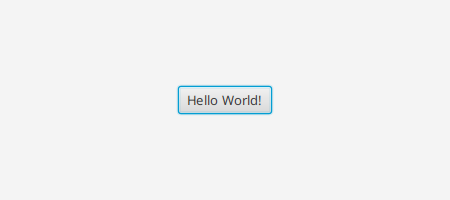
Repository: jgabrielfreitas/JavaTranslatorDesktop
Program's window: java JavaFxTranslatorApplication/src/application/HelloWorld.java
These files come from the project's save history. The program's window is drawn as it stood at one moment and after the next save; the edit follows.
It runs on Java 21 on a 1366 x 768 screen with JavaFX 11; the title bar is not drawn.

Above is the program's window before, as saved 2015-06-06 02:30:58.

### JavaFxTranslatorApplication/src/application/HelloWorld.java
package application;

import javafx.application.Application;
import javafx.geometry.Pos;
import javafx.scene.Scene;
import javafx.scene.control.Alert;
import javafx.scene.control.Button;
import javafx.scene.layout.VBox;
import javafx.scene.text.Text;
import javafx.stage.Stage;

public class HelloWorld extends Application{

	Text helloWorld;

	public void start(Stage primaryStage) throws Exception {


        Button text = new Button("Hello World!");

        text.setOnAction(e->{
            Alert dialogoInfo = new Alert(Alert.AlertType.INFORMATION);
            dialogoInfo.setTitle("Diálogo de informação");
            dialogoInfo.setHeaderText("Esse é o cabeçalho...");
            dialogoInfo.setContentText("Informação importante!");
            dialogoInfo.showAndWait();

        });

        VBox raiz = new VBox(20);
        raiz.setAlignment(Pos.CENTER);
        raiz.getChildren().addAll(text);

        Scene cena = new Scene(raiz, 450, 200);
        primaryStage.setTitle("Diálogos de erro e informação");
        primaryStage.setScene(cena);
        primaryStage.show();

	}

}

After the next save:
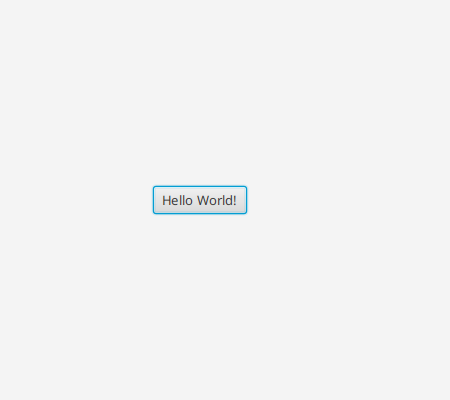
Saved 65 s later.
--- a/JavaFxTranslatorApplication/src/application/HelloWorld.java
+++ b/JavaFxTranslatorApplication/src/application/HelloWorld.java
@@ -31,7 +31,7 @@
         raiz.setAlignment(Pos.CENTER);
         raiz.getChildren().addAll(text);
 
-        Scene cena = new Scene(raiz, 450, 200);
+        Scene cena = new Scene(raiz, 400, 400);
         primaryStage.setTitle("Diálogos de erro e informação");
         primaryStage.setScene(cena);
         primaryStage.show();
